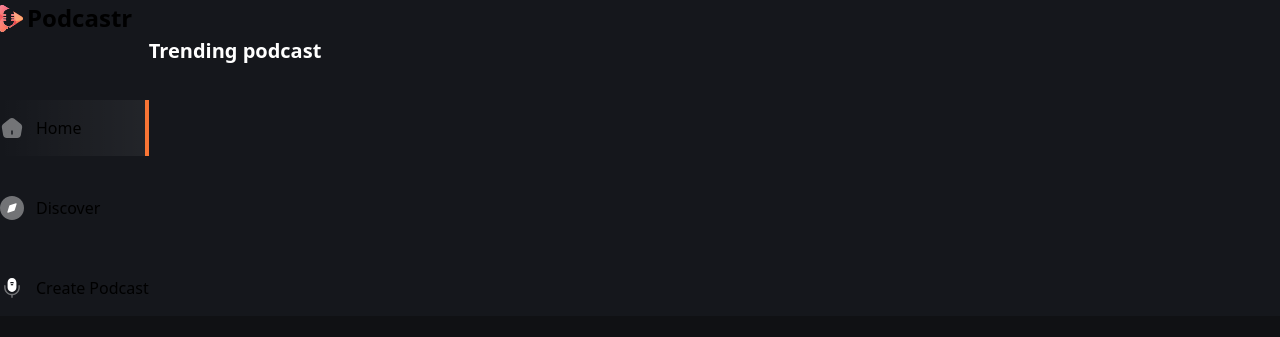
Repository: sumanth-udedar/podcast
Page: /
These files come from the project's save history. The page is drawn as it stood at one moment and after the next save; the edit follows.
The browser window is 1280 px wide. The pictures show the whole page.
The project was rebuilt for these pictures with package versions that can differ from the ones it lists, and the page was loaded fresh each time. The framework's server and built-in components were replaced by stand-ins that run in the browser. Also part of the build but not shown: next.config.ts.

Above is the page before, as saved 2024-11-13 15:36:34.

### app/(root)/layout.tsx
import LeftSidebar from "@/components/LeftSidebar";

export default function RootLayout({
  children,
}: Readonly<{
  children: React.ReactNode;
}>) {
  return (
    <div className="relative flex flex-col">
      <main className="relative flex bg-black-1">
        <LeftSidebar />
        {children}

        {/* <section className="flex min-h-screen flex-1 flex-col px-4 sm:px-14">
          <div className="mx-auto flex w-full max-w-5xl flex-col max-sm:px-4">
            <div className="flex h-16 items-center justify-between md:hidden">
              <Image
                src="/icons/logo.svg"
                width={30}
                height={30}
                alt="menu icon"
              />
              <MobileNav />
            </div>
            <div className="flex flex-col md:pb-14">
              <Toaster />


            </div>
          </div>
        </section> */}

        {/* <RightSidebar /> */}
      </main>
    </div>
  );
}

### app/(root)/page.tsx
import { Button } from '@/components/ui/button' //if hadnt imported this then i wont be able to use button tag
import React from 'react'

const page = () => {
  return (
    <div className='mt-9 flex flex-col gap-9'>
      <section className='flex flex-col gap-5'>
        <h1 className='text-20 font-bold text-white-1'>Trending podcast</h1>
        {/* <Button className='text-white-1 bg-orange-1'>Button</Button>  commented this*/}

      </section>
    </div>
  )
}

export default page

### components/LeftSidebar.tsx
"use client";

import Image from "next/image";
import Link from "next/link";
import React from "react";
import { sidebarLinks } from '@/constants'
import { usePathname, useRouter } from "next/navigation";
import { cn } from "@/lib/utils";

const LeftSidebar = () => {
  const pathname = usePathname();
  const router = useRouter();
  return (

    <section >
      <nav className="flex flex-col gap-6">
        <Link href="/" className="flex cursor-pointer items-center gap-1 pb-10 max-lg:justify-center">
          <Image src="/icons/logo.svg" alt="logo" width={23} height={27} />
          <h1 className="text-24 font-extrabold text-white max-lg:hidden">Podcastr</h1>
        </Link>

        {sidebarLinks.map(({ route, label, imgURL }) => {
          const isActive = pathname === route || pathname.startsWith(`${route}/`);

          return <Link href={route} key={label} className={cn("flex gap-3 items-center py-4 max-lg:px-4 justify-center lg:justify-start", {
            'bg-nav-focus border-r-4 border-orange-1': isActive
          })}>
            <Image src={imgURL} alt={label} width={24} height={24} />
            <p>{label}</p>
          </Link>
        })}
      </nav>

    </section>
  );
};

export default LeftSidebar;

### constants/index.tsx
export const sidebarLinks = [
    {
      imgURL: "/icons/home.svg",
      route: "/",
      label: "Home",
    },
    {
      imgURL: "/icons/discover.svg",
      route: "/discover",
      label: "Discover",
    },
    {
      imgURL: "/icons/microphone.svg",
      route: "/create-podcast",
      label: "Create Podcast",
    },
  ];

  export const voiceDetails = [
    {
      id: 1,
      name: "alloy",
    },
    {
      id: 2,
      name: "echo",
    },
    {
      id: 3,
      name: "fable",
    },
    {
      id: 4,
      name: "onyx",
    },
    {
      id: 5,
      name: "nova",
    },
    {
      id: 6,
      name: "shimmer",
    },
  ];

  export const podcastData = [
    {
      id: 1,
      title: "The Joe Rogan Experience",
      description: "A long form, in-depth conversation",
      imgURL:
        "https://lovely-flamingo-139.convex.cloud/api/storage/3106b884-548d-4ba0-a179-785901f69806",
    },
    {
      id: 2,
      title: "The Futur",
      description: "This is how the news should sound",
      imgURL:
        "https://lovely-flamingo-139.convex.cloud/api/storage/16fbf9bd-d800-42bc-ac95-d5a586447bf6",
    },
    {
      id: 3,
      title: "Waveform",
      description: "Join Michelle Obama in conversation",
      imgURL:
        "https://lovely-flamingo-139.convex.cloud/api/storage/60f0c1d9-f2ac-4a96-9178-f01d78fa3733",
    },
    {
      id: 4,
      title: "The Tech Talks Daily Podcast",
      description: "This is how the news should sound",
      imgURL:
        "https://lovely-flamingo-139.convex.cloud/api/storage/5ba7ed1b-88b4-4c32-8d71-270f1c502445",
    },
    {
      id: 5,
      title: "GaryVee Audio Experience",
      description: "A long form, in-depth conversation",
      imgURL:
        "https://lovely-flamingo-139.convex.cloud/api/storage/ca7cb1a6-4919-4b2c-a73e-279a79ac6d23",
    },
    {
      id: 6,
      title: "Syntax ",
      description: "Join Michelle Obama in conversation",
      imgURL:
        "https://lovely-flamingo-139.convex.cloud/api/storage/b8ea40c7-aafb-401a-9129-73c515a73ab5",
    },
    {
      id: 7,
      title: "IMPAULSIVE",
      description: "A long form, in-depth conversation",
      imgURL:
        "https://lovely-flamingo-139.convex.cloud/api/storage/8a55d662-fe3f-4bcf-b78b-3b2f3d3def5c",
    },
    {
      id: 8,
      title: "Ted Tech",
      description: "This is how the news should sound",
      imgURL:
        "https://lovely-flamingo-139.convex.cloud/api/storage/221ee4bd-435f-42c3-8e98-4a001e0d806e",
    },
  ];

Loaded but not shown: app/layout.tsx (common file); app/globals.css (common file); lib/utils.ts (common file); tailwind.config.ts (common file)

After the next save:
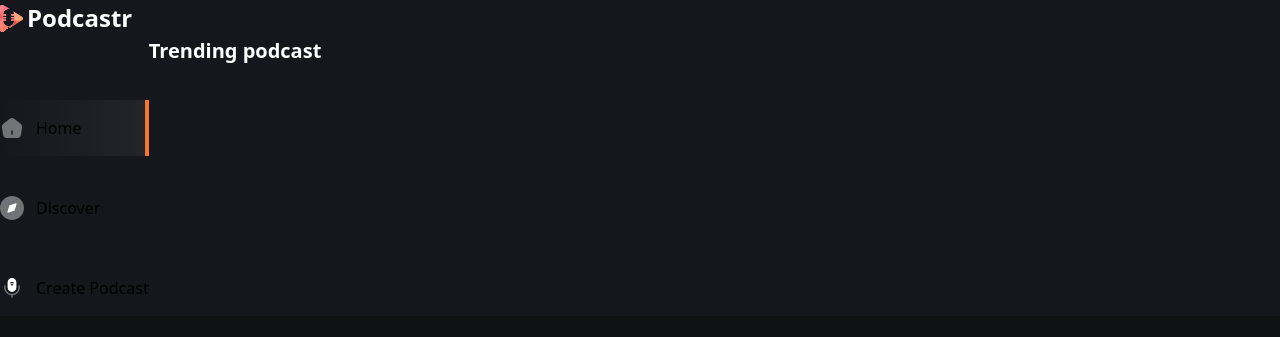
Saved 32 s later.
--- a/components/LeftSidebar.tsx
+++ b/components/LeftSidebar.tsx
@@ -3,7 +3,7 @@
 import Image from "next/image";
 import Link from "next/link";
 import React from "react";
-import { sidebarLinks } from '@/constants'
+import { sidebarLinks } from "@/constants";
 import { usePathname, useRouter } from "next/navigation";
 import { cn } from "@/lib/utils";
 
@@ -11,26 +11,39 @@ const LeftSidebar = () => {
   const pathname = usePathname();
   const router = useRouter();
   return (
-
-    <section >
+    <section>
       <nav className="flex flex-col gap-6">
-        <Link href="/" className="flex cursor-pointer items-center gap-1 pb-10 max-lg:justify-center">
+        <Link
+          href="/"
+          className="flex cursor-pointer items-center gap-1 pb-10 max-lg:justify-center"
+        >
           <Image src="/icons/logo.svg" alt="logo" width={23} height={27} />
-          <h1 className="text-24 font-extrabold text-white max-lg:hidden">Podcastr</h1>
+          <h1 className="text-24 font-extrabold text-white-1 max-lg:hidden">
+            Podcastr
+          </h1>
         </Link>
 
         {sidebarLinks.map(({ route, label, imgURL }) => {
-          const isActive = pathname === route || pathname.startsWith(`${route}/`);
+          const isActive =
+            pathname === route || pathname.startsWith(`${route}/`);
 
-          return <Link href={route} key={label} className={cn("flex gap-3 items-center py-4 max-lg:px-4 justify-center lg:justify-start", {
-            'bg-nav-focus border-r-4 border-orange-1': isActive
-          })}>
-            <Image src={imgURL} alt={label} width={24} height={24} />
-            <p>{label}</p>
-          </Link>
+          return (
+            <Link
+              href={route}
+              key={label}
+              className={cn(
+                "flex gap-3 items-center py-4 max-lg:px-4 justify-center lg:justify-start",
+                {
+                  "bg-nav-focus border-r-4 border-orange-1": isActive,
+                }
+              )}
+            >
+              <Image src={imgURL} alt={label} width={24} height={24} />
+              <p>{label}</p>
+            </Link>
+          );
         })}
       </nav>
-
     </section>
   );
 };
